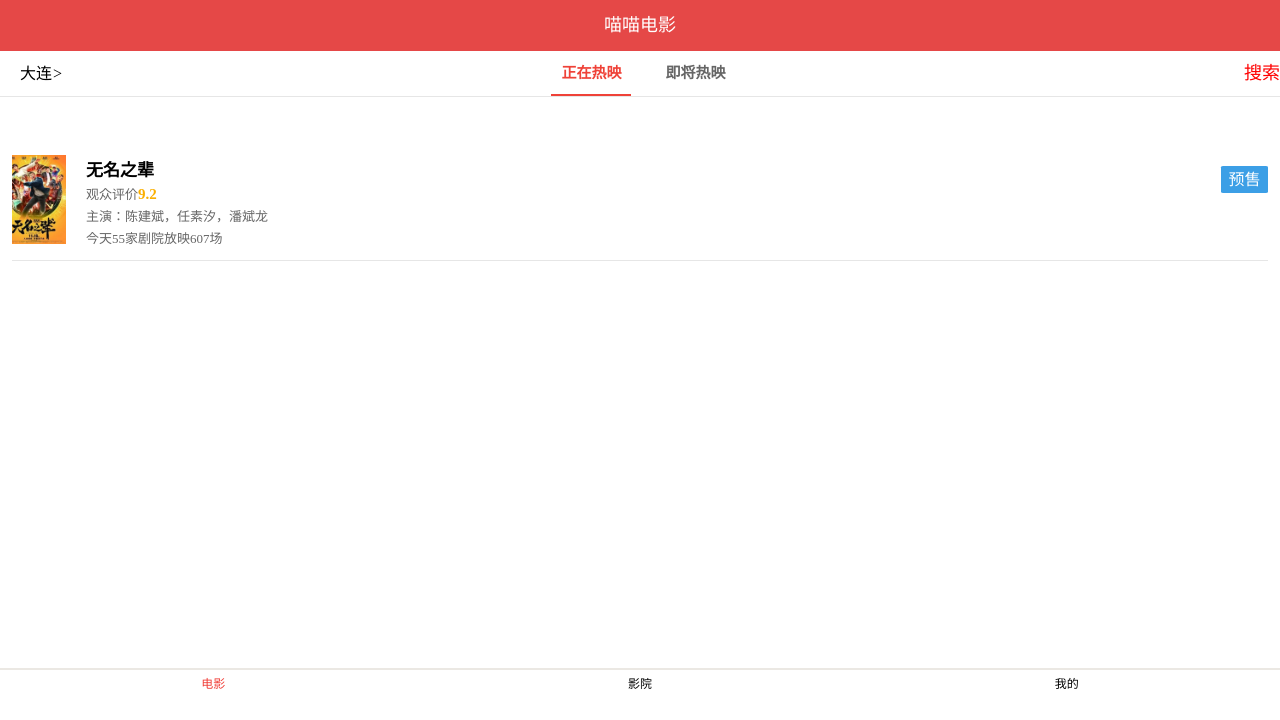
Repository: X-J-0/miaomiao_film
Page: / (app in miaomiao/)
These files come from the project's save history. The page is drawn as it stood at one moment and after the next save; the edit follows.
The browser window is 1280 px wide. The pictures show the whole page.
The page's requests for data from a server got no answer. The project was rebuilt for these pictures with package versions that can differ from the ones it lists, and the page was loaded fresh each time. No one was signed in, and anything a server would have sent is missing. Also part of the build but not shown: miaomiao/vue.config.js. Imported but missing from the stored project, and not drawn on this page: miaomiao/src/components/Brand, miaomiao/src/components/Special.

Above is the page before, as saved 2020-03-26 13:25:20.

### miaomiao/public/index.html
<!DOCTYPE html>
<html lang="en">
  <head>
    <meta charset="utf-8">
    <meta http-equiv="X-UA-Compatible" content="IE=edge">
    <meta name="viewport" content="width=device-width,initial-scale=1.0,user-scalable=no">
    <link rel="icon" href="<%= BASE_URL %>favicon.ico">
    <link rel="stylesheet" href="<%= BASE_URL %>css/common.css">
    <!-- <link rel="stylesheet" href="<%= BASE_URL %>css/common.css"> -->
    <title><%= htmlWebpackPlugin.options.title %></title>
  </head>
  <body>
    <noscript>
      <strong>We're sorry but <%= htmlWebpackPlugin.options.title %> doesn't work properly without JavaScript enabled. Please enable it to continue.</strong>
    </noscript>
    <div id="app"></div>
    <!-- built files will be auto injected -->
  </body>
</html>

### miaomiao/src/main.js
import Vue from 'vue'
import App from './App.vue'
import router from './router'
import store from './store'
import axios from 'axios'
Vue.prototype.axios = axios;

Vue.config.productionTip = false

new Vue({
  router,
  store,
  render: h => h(App)
}).$mount('#app')

### miaomiao/src/App.vue
<template>
    <keep-alive>
        <router-view/>
    </keep-alive>
</template>

<style lang="scss">
</style>

### miaomiao/src/router/index.js
import Vue from 'vue'
import VueRouter from 'vue-router'
import movieRouter from './movie'
import mineRouter from './mine'
import cinemaRouter from './cinema'

Vue.use(VueRouter)


const router = new VueRouter({
  mode: 'history',
  base: process.env.BASE_URL,
  routes: [
    movieRouter,
    mineRouter,
    cinemaRouter,
    {
      path:'/*',
      redirect:'/movie'
    }
  ]
})

export default router

### miaomiao/src/router/movie/index.js
export default {
    path:'/movie',
    component : () => import('@/views/Movie'),
    children:[
        {
            path:'city',
            component:()=>import('@/components/City')
        },
        {
            path:'nowPlaying',
            component:()=>import('@/components/NowPlaying')
        },
        {
            path:'comingSoon',
            component:()=>import('@/components/ComingSoon')
        },
        {
            path:'search',
            component:()=>import('@/components/Search')
        },
        {
            path:'/movie',
            redirect:'/movie/nowPlaying'
        }
    ]
}

### miaomiao/src/router/mine/index.js
export default {
    path:'/mine',
    component : () => import('@/views/Mine'),
    children:[
        {
            path:'center',
            component:()=>import('@/views/Mine/center.vue')
        },
        {
            path:'login',
            component:()=>import('@/components/Login')
        },
        {
            path:'register',
            component:()=>import('@/components/Register')
        },
        {
            path:'findPassword',
            component:()=>import('@/components/FindPassword')
        },
        {
            path:'/mine',
            redirect:'center'
        }
    ]
}

### miaomiao/src/router/cinema/index.js
export default {
    path:'/cinema',
    component : () => import('@/views/Cinema'),
    children:[
        {
            path:'allocate',
            component:()=>import('@/components/Allocate')
        },
        {
            path:'brand',
            component:()=>import('@/components/Brand')
        },
        {
            path:'special',
            component:()=>import('@/components/Special')
        },
        {
            path:'/cinema',
            redirect:'/cinema/allocate'
        }
    ]
}

### miaomiao/src/views/Movie/index.vue
<template>
    <div id="main">
        <Header title="喵喵电影"/>
        <div id="content">
          <div class="movie_menu">
          <router-link tag="div" to="/movie/city" class="city_name">
            <span>大连</span><i>></i>
          </router-link>
          <div class="hot_switch">
            <router-link tag="div" to="/movie/nowPlaying" class="hot_item">正在热映</router-link>
            <router-link tag="div" to="/movie/comingSoon" class="hot_item">即将热映</router-link>
          </div>
          <div class="search_entry">
            <router-link tag="div" to="/movie/search">搜索</router-link>
          </div>
          </div>
            <router-view/>
        </div>
        <TabBar />
    </div>
</template>

<script>

import Header from '@/components/Header';
import TabBar from '@/components/TabBar';

export default {
  name:'Movie',
  components : {
    Header,
    TabBar
  },
  data(){
   return {

   }
  }
}
</script>

<style scoped>
  #content{flex:1;overflow:auto;margin-bottom:50px;position: relative;display:flex;flex-direction: column;}
  #content .movie_menu{width:100%;height:45px;border-bottom:1px solid #e6e6e6;display: flex;justify-content: space-between;}
  .movie_menu .city_name{margin-left:20px;height:100%;line-height:45px;}
  .movie_menu .city_name.active{color:#ef4238;border-bottom:2px #ef4238 solid;}
  .movie_menu .city_name.router-link-active{color:#ef4238;border-bottom:2px #ef4238 solid;}
  .movie_menu .hot_switch{display:flex;height:100%; line-height: 45px;}
  .movie_menu .hot_item{font-size:15px; color:#666;width:80px;text-align: center;margin:0 12px;font-weight: 700;}
  .movie_menu .hot_item.active{color:#ef4238;border-bottom:2px #ef4238 solid;}
  .movie_menu .hot_item.router-link-active{color:#ef4238;border-bottom:2px #ef4238 solid;}
  .movie_menu .search_entry{margin-left:20px;height:100%;line-height:45px;}
  .movie_menu .search_entry.active{color:#ef4238;border-bottom:2px #ef4238 solid;}
  .movie_menu .search_entry.router-link-active{color:#ef4238;border-bottom:2px #ef4238 solid;}
  .movie_menu .search_entry div{font-size:18px;color:red;}
</style>

### miaomiao/src/components/NowPlaying/index.vue
<template>
<div class="movie_body">
    <ul>
        <li>
            <div class="pic_show"><img src="/images/movie_1.jpg"></div>
            <div class="info_list">
                <h2>无名之辈</h2>
                <p>观众评价<span class="grade">9.2</span></p>
                <p>主演：陈建斌，任素汐，潘斌龙</p>
                <p>今天55家剧院放映607场</p>
            </div>
            <div class="btn_pre">
              预售
            </div>
        </li>
    </ul>
</div>
</template>

<script>
export default {
  name:'NowPlaying',
  data(){
   return {

   }
  }
}
</script>

<style scoped>
    #content .movie_body{
        flex:1;
        overflow:auto;
    }
    .movie_body ul{
        margin:0 12px;
        overflow:hidden;
    }
    .movie_body ul li{
        margin-top:12px;display:flex;align-items:center;border-bottom:1px solid #e6e6e6;padding-bottom:10px;
    }
    .movie_body .pic_show{width:64px; height:90px;}
    .movie_body .pic_show img{width:100%;}
    .movie_body .info_list{margin-top:50px;margin-left:10px;flex:1;position: relative;}
    .movie_body .info_list h2{font-size:17px;line-height: 24px;width:150px;overflow:hidden;white-space:nowrap;text-overflow:ellipsis;}
    .movie_body .info_list p{font-size:13px;color:#666;line-height: 22px;width:200px;overflow:hidden;white-space:nowrap;text-overflow:ellipsis;}
    .movie_body .info_list .grade{font-weight: 700;color:#faaf00;font-size:15px;}
    .pic_show img{width:50px;position: relative;right:10px;top:20px;}
    .movie_body .btn_mall, .movie_body .btn_pre{width:47px;height:27px;line-height: 28px;text-align: center;background-color: #f03d37;color:#fff;border-radius: 5%;}
    .movie_body .btn_pre{background-color: #3c9fe6;}
</style>

### miaomiao/src/components/Header/index.vue
<template>
    <header id="header">
        <h1>{{title}}</h1>
    </header>
</template>

<script>
export default {
  name:'Header',
  props:{
      title:{
          type:String,
          default:'喵喵电影'
      }
  }
}
</script>

<style scoped>
#header{width:100%;height:50px;color:#fff;background-color: #e54847;border-bottom:1px solid #e54847;position: relative;}
#header h1{font-size:18px;text-align: center;line-height: 50px; font-weight: normal;}
#header i{position:absolute;left:5px;top:50%;margin-top:-13px;font-size:26px;}
</style>

### miaomiao/src/components/TabBar/index.vue
<template>
    <footer id="footer">
        <ul>
            <router-link tag="li" to="/movie">
                <!-- <i class="iconfont icon-dianying"></i> -->
                <p>电影</p>
            </router-link>
            <router-link tag="li" to="/cinema">
                <!-- <i class="iconfont icon-yingyuan"></i> -->
                <p>影院</p>
            </router-link>
            <router-link tag="li" to="/mine">
                <!-- <i class="iconfont icon-dianying"></i> -->
                <p>我的</p>
            </router-link>
        </ul>
    </footer>
</template>

<script>
export default {
  name:'Footer',
  data(){
   return {

   }
  }
}
</script>

<style scoped>
#footer{width:100%; height:50px;background-color: #fff;border-top:2px #ebe8e3 solid;position:fixed;left:0;bottom:0;}
#footer ul{display:flex;text-align: center;height:50px;align-items:center;}
#footer ul li{flex:1;height:40px;}
#footer ul li.active{color:#f03d37;}
#footer ul li.router-link-active{color:#f03d37;}
#footer ul i{font-size:20px;}
#footer ul p{font-size:12px;line-height:18px;}
</style>

### miaomiao/public/css/common.css
*{ margin : 0; padding : 0;}
ul,li{ list-style: none}
img{ display: block}
html, body{ height:100%}
.clearfix:after{ content:""; display:block; clear:both}
#main{ height: 100%; display: flex; flex-direction: column;}
#content{ flex:1; overflow:auto; margin-bottom: 50px;position: relative;display: flex;flex-direction: column;}

Loaded but not shown: miaomiao/src/store/index.js (common file)

After the next save:
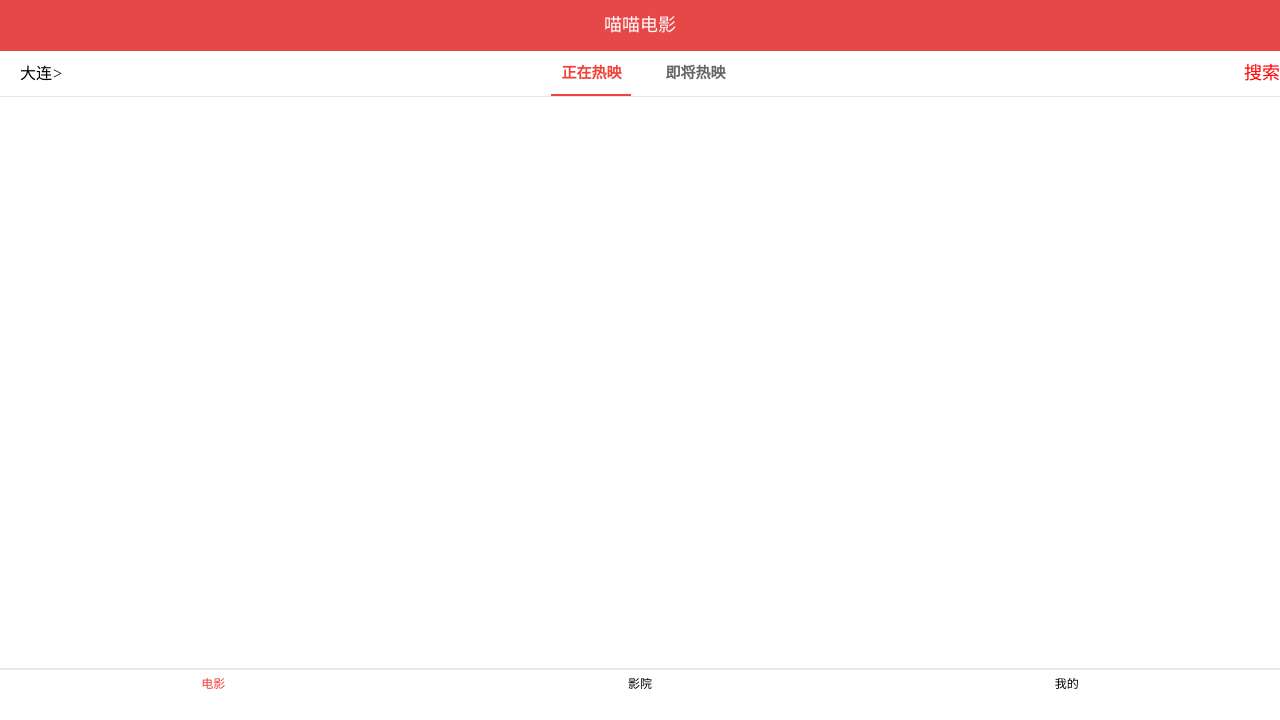
Saved 74 min 6 s later.
--- a/miaomiao/src/components/NowPlaying/index.vue
+++ b/miaomiao/src/components/NowPlaying/index.vue
@@ -1,8 +1,8 @@
 <template>
 <div class="movie_body">
     <ul>
-        <li>
-            <div class="pic_show"><img src="/images/movie_1.jpg"></div>
+        <li v-for="item in movieList" :key="item.id">
+            <div class="pic_show"><img :src="item.img"></div>
             <div class="info_list">
                 <h2>无名之辈</h2>
                 <p>观众评价<span class="grade">9.2</span></p>
@@ -22,10 +22,18 @@ export default {
   name:'NowPlaying',
   data(){
    return {
-
+       movieList:[]
+   }
+  },
+   mounted(){
+       this.axios.get('/api/movieOnInfoList?cityId=10').then((res)=>{
+           var msg = res.data.msg;
+           if(msg === 'ok'){
+               this.movieList = res.data.data.movieList
+           }
+       })
    }
   }
-}
 </script>
 
 <style scoped>
